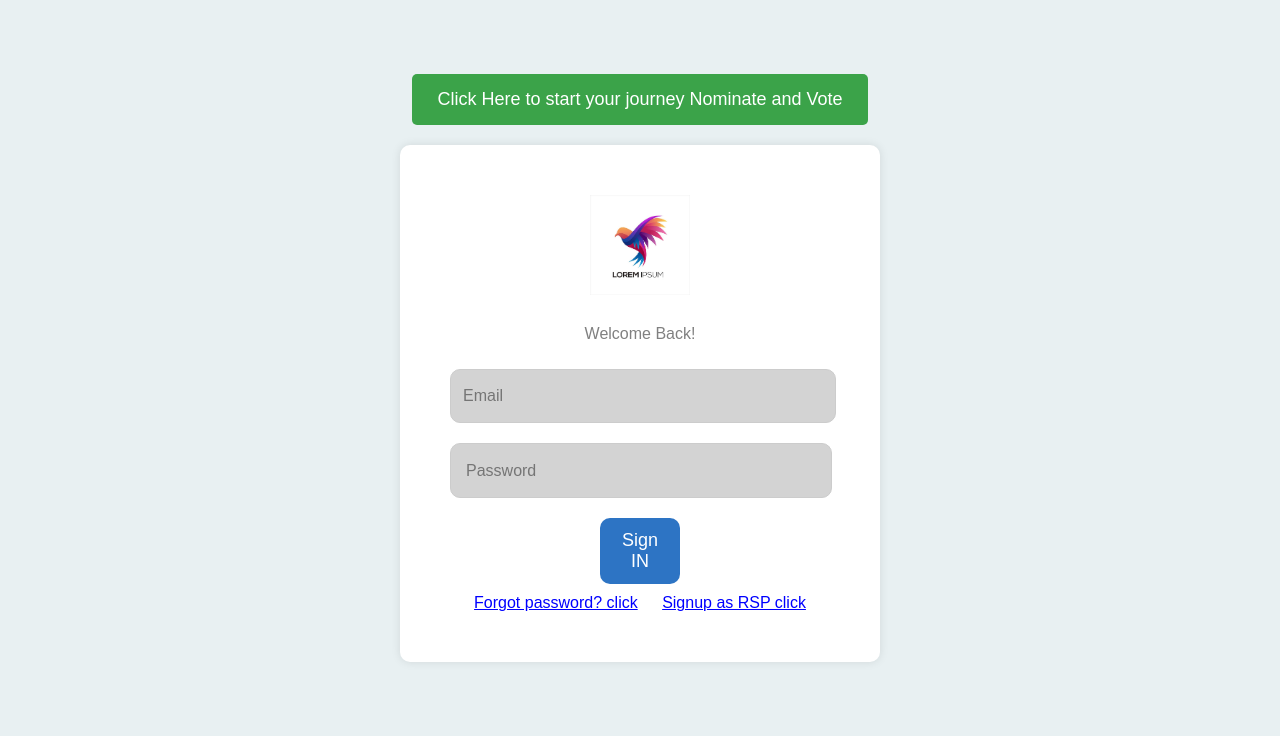
Repository: Femi007-gh/welcome
Page: index.html
These files come from the project's save history. The page is drawn as it stood at one moment and after the next save; the edit follows.
The browser window is 1280 px wide. The pictures show the whole page.
Some web libraries are served in a nearby version.

Above is the page before, as saved 2025-03-10 18:22:13.

### index.html
<!DOCTYPE html>
<html lang="en">
<head>
    <meta charset="UTF-8">
    <meta name="viewport" content="width=device-width, initial-scale=1.0">
    <title>Login Page</title>
    <script src="https://kit.fontawesome.com/a076d05399.js" crossorigin="anonymous"></script>
    <style>
        body {
            font-family: Arial, sans-serif;
            background-color: #e8f0f2;
            display: flex;
            justify-content: center;
            align-items: center;
            height: 100vh;
            flex-direction: column;
        }
        .green-button {
            background-color: #3ba349;
            color: white;
            padding: 15px 25px;
            border: none;
            border-radius: 5px;
            cursor: pointer;
            margin-bottom: 20px;
            font-size: 18px;
        }
        .container {
            background-color: white;
            padding: 50px;
            border-radius: 10px;
            box-shadow: 0 0 10px rgba(0, 0, 0, 0.1);
            text-align: center;
            width: 380px;
        }
        .container img {
            width: 100px;
            margin-bottom: 10px;
        }
        p {
            color: gray;
        }
        input {
            width: calc(100% - 20px);
            padding: 12px;
            margin: 10px 0;
            border: 1px solid #ccc;
            border-radius: 10px;
            font-size: 16px;
            background: #d3d3d3;
        }
        .password-container {
            display: flex;
            align-items: center;
            background: #d3d3d3;
            border: 1px solid #ccc;
            border-radius: 10px;
            padding: 10px;
            width: calc(100% - 20px);
            margin: 10px 0;
        }
        .password-container input {
            border: none;
            outline: none;
            flex: 1;
            background: transparent;
            padding: 5px;
        }
        .password-container i {
            cursor: pointer;
            font-size: 18px;
            margin-left: 10px;
        }
        .sign-in-button {
            background-color: #2d74c4;
            color: white;
            padding: 12px;
            border: none;
            border-radius: 10px;
            cursor: pointer;
            width: 100%;
            font-size: 18px;
            margin-top: 10px;
            width: 80px;
        }
        .links {
            margin-top: 10px;
            font-size: 16px;
        }
        .links a {
            color: gray;
            text-decoration: none;
            margin: 0 10px;
        }
        .links a.underline {
            color: blue;
            text-decoration: underline;
        }
        .fit {
          height: 3px;
        }
        .lit{
          height: 28px;
        }
    </style>
</head>
<body>
    <button class="green-button">Click Here to start your journey Nominate and Vote</button>
    <div class="container">
        <img src="Logo.jpg" alt="Nigerian Shippers Council Logo">
        <p>Welcome Back!</p>
        <input type="email" placeholder="Email" class="lit">
        <div class="password-container">
            <input type="password" placeholder="Password" class="fit">
        </div>
        <button class="sign-in-button">Sign IN</button>
        <div class="links">
            <a href="#" class="underline">Forgot password? click</a>
            <a href="#" class="underline">Signup as RSP click</a>
        </div>
    </div>
</body>
</html>

After the next save:
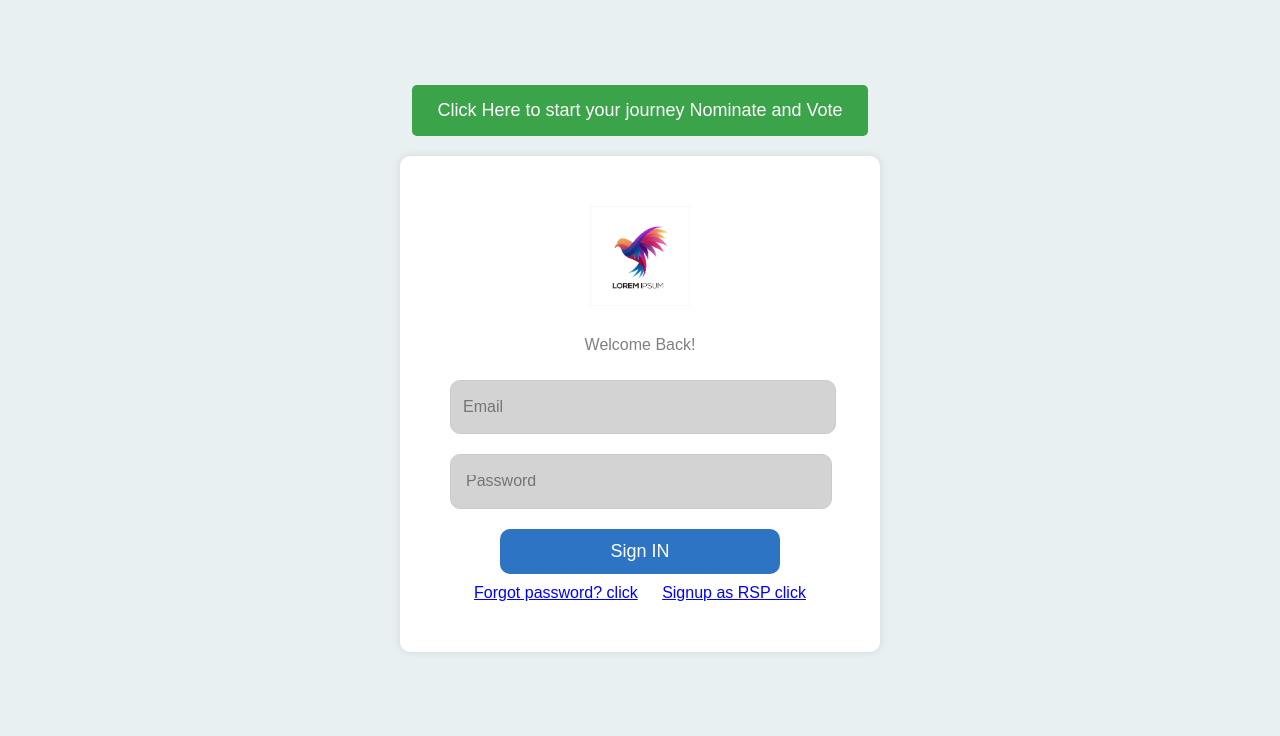
Saved 7 s later.
--- a/index.html
+++ b/index.html
@@ -81,7 +81,7 @@
             width: 100%;
             font-size: 18px;
             margin-top: 10px;
-            width: 80px;
+            width: 280px;
         }
         .links {
             margin-top: 10px;
